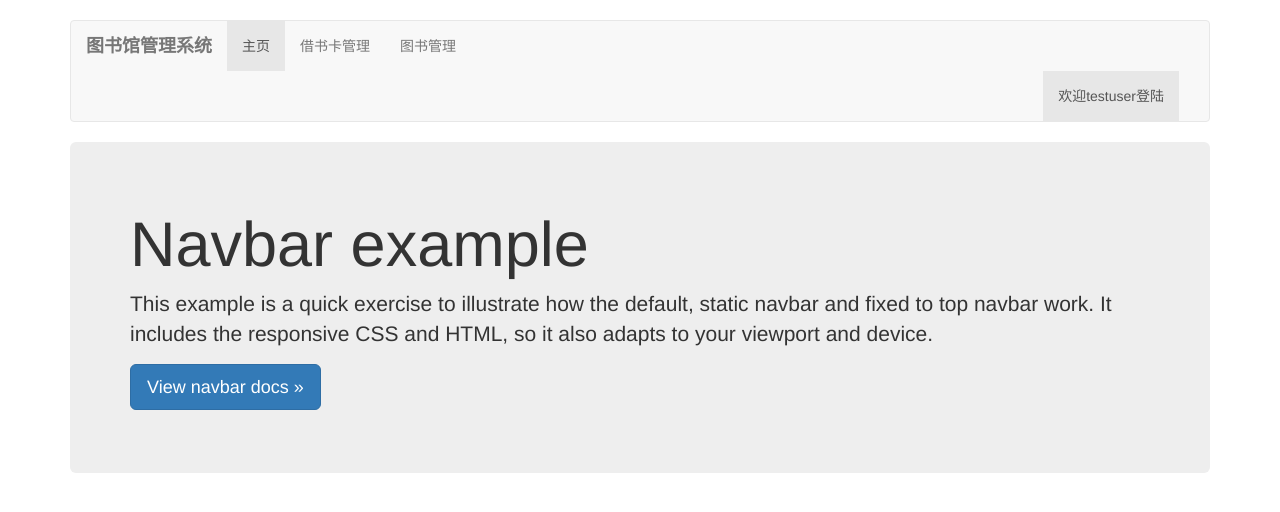
Repository: chaice/code
Page: http://localhost/web5/home
An editor plug-in stored every save of this project. The page is shown before and after the next save, followed by the edit.
The browser window is 1280 px wide. The pictures show the whole page.
Some web libraries are served in a nearby version. The page is served by Tomcat 9. The session is filled in as if someone had signed in: {"username": "testuser"}. Other server files are loaded and not shown.

Above is the page before, as saved 2016-06-01 08:17:15.

### web5/WebContent/WEB-INF/views/home.jsp
<%@ page language="java" contentType="text/html; charset=UTF-8"
	pageEncoding="UTF-8"%>
<!DOCTYPE html>
<html>
<head>
<meta charset="UTF-8">
<title>主页</title>
<%@ include file="head.jsp"%>
        <div class="jumbotron">
        <h1>Navbar example</h1>
        <p>This example is a quick exercise to illustrate how the default, static navbar and fixed to top navbar work. It includes the responsive CSS and HTML, so it also adapts to your viewport and device.</p>
        <p>
          <a class="btn btn-lg btn-primary" href="../../components/#navbar" role="button">View navbar docs &raquo;</a>
        </p>
      </div>
    </div>
    <script src="//cdn.bootcss.com/jquery/1.11.3/jquery.min.js"></script>
    <script src="//cdn.bootcss.com/bootstrap/3.3.5/js/bootstrap.min.js"></script>
<script>
	$("ul>li:nth-child(1)").addClass("active");
</script>
</body>
</html>

### web5/WebContent/WEB-INF/views/head.jsp
<%@ page language="java" contentType="text/html; charset=UTF-8"
	pageEncoding="UTF-8"%>
<link href="//cdn.bootcss.com/bootstrap/3.3.5/css/bootstrap.min.css"
	rel="stylesheet">
<style>
body {
	padding-top: 20px;
	padding-bottom: 20px;
}

.navbar {
	margin-bottom: 20px;
}
</style>
</head>

<body>
	<%
		String name = (String) session.getAttribute("username");
		if (name == null) {
			response.sendRedirect("/index.jsp");
		}
	%>
	<div class="container">
		<nav class="navbar navbar-default">
			<div class="container-fluid">
				<div class="navbar-header">
					<strong class="navbar-brand">图书馆管理系统</strong>
				</div>
				<div id="navbar" class="navbar-collapse collapse">
					<ul class="nav navbar-nav">
						<li><a href="/home">主页</a></li>
						<li><a href="/card">借书卡管理</a></li>
						<li><a href="/book">图书管理</a></li>
					</ul>
				</div>
				<div id="navbar" class="navbar-collapse collapse" style="float:right"><ul class="nav navbar-nav"><li><a>欢迎<%=name%>登陆</a></li></ul></div>
			</div>
		</nav>

### web5/src/com/ccit/myservlet/Home.java
package com.ccit.myservlet;

import java.io.IOException;
import javax.servlet.ServletException;
import javax.servlet.http.HttpServlet;
import javax.servlet.http.HttpServletRequest;
import javax.servlet.http.HttpServletResponse;

public class Home extends HttpServlet {
	private static final long serialVersionUID = 1L;

    public Home() {
        super();

    }


	protected void doGet(HttpServletRequest request, HttpServletResponse response) throws ServletException, IOException {
		request.getRequestDispatcher("/WEB-INF/views/home.jsp").forward(request, response);
	}



}

After the next save:
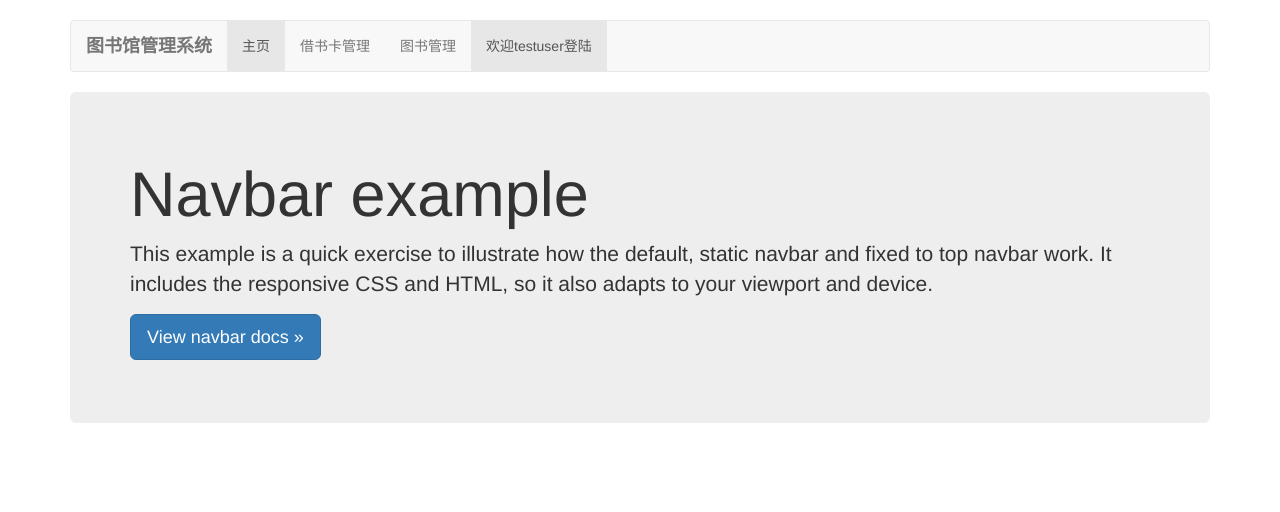
Saved 41 s later.
--- a/web5/WebContent/WEB-INF/views/head.jsp
+++ b/web5/WebContent/WEB-INF/views/head.jsp
@@ -33,7 +33,8 @@ body {
 						<li><a href="/card">借书卡管理</a></li>
 						<li><a href="/book">图书管理</a></li>
 					</ul>
+					<ul class="nav navbar-nav"><li><a>欢迎<%=name%>登陆</a></li></ul>
 				</div>
-				<div id="navbar" class="navbar-collapse collapse" style="float:right"><ul class="nav navbar-nav"><li><a>欢迎<%=name%>登陆</a></li></ul></div>
+				<div id="navbar" class="navbar-collapse collapse" style="float:right"></div>
 			</div>
 		</nav>
